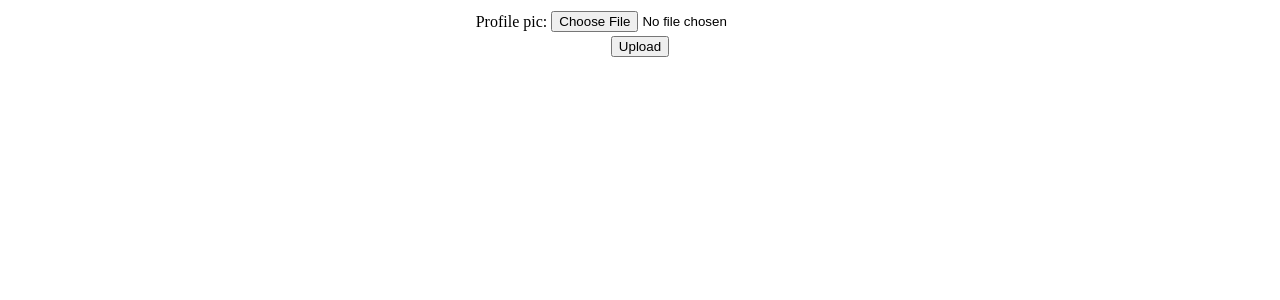
Repository: 123poornima/UpdatedSecondProject
Page: frontendPro/WebContent/_user/uploadFile.html
The author's editor kept a copy of each file at every save. The page is drawn from the files as they stood at one save, then again after the next save.
The browser window is 1280 px wide. The pictures show the whole page.

Above is the page before, as saved 2017-01-16 13:23:45.

### frontendPro/WebContent/_user/uploadFile.html
<!DOCTYPE html>
<html>
<head>
<meta charset="ISO-8859-1">
<title>Insert title here</title>
</head>
<body>
<div align="center">
        <form method="post" action="http://localhost:8085/backendPro/doUpload" enctype="multipart/form-data">
            <table border="0">
                <tr>
                    <td>Profile pic:</td>
                    <td><input type="file" name="fileUpload" size="50" /></td>
                </tr>

                <tr>
                    <td colspan="2" align="center"><input type="submit" value="Upload" /></td>
                </tr>


            </table>
        </form>
    </div>
</body>
</html>

After the next save:
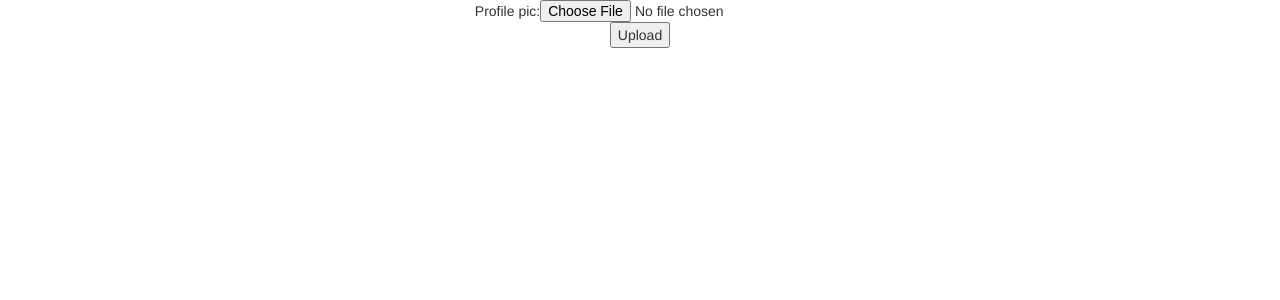
Saved 28 s later.
--- a/frontendPro/WebContent/_user/uploadFile.html
+++ b/frontendPro/WebContent/_user/uploadFile.html
@@ -2,6 +2,13 @@
 <html>
 <head>
 <meta charset="ISO-8859-1">
+<link rel="stylesheet" href="http://maxcdn.bootstrapcdn.com/bootstrap/3.3.7/css/bootstrap.min.css">
+
+<!-- jQuery library -->
+<script src="https://ajax.googleapis.com/ajax/libs/jquery/1.12.4/jquery.min.js"></script>
+
+<!-- Latest compiled JavaScript -->
+<script src="http://maxcdn.bootstrapcdn.com/bootstrap/3.3.7/js/bootstrap.min.js"></script>
 <title>Insert title here</title>
 </head>
 <body>
